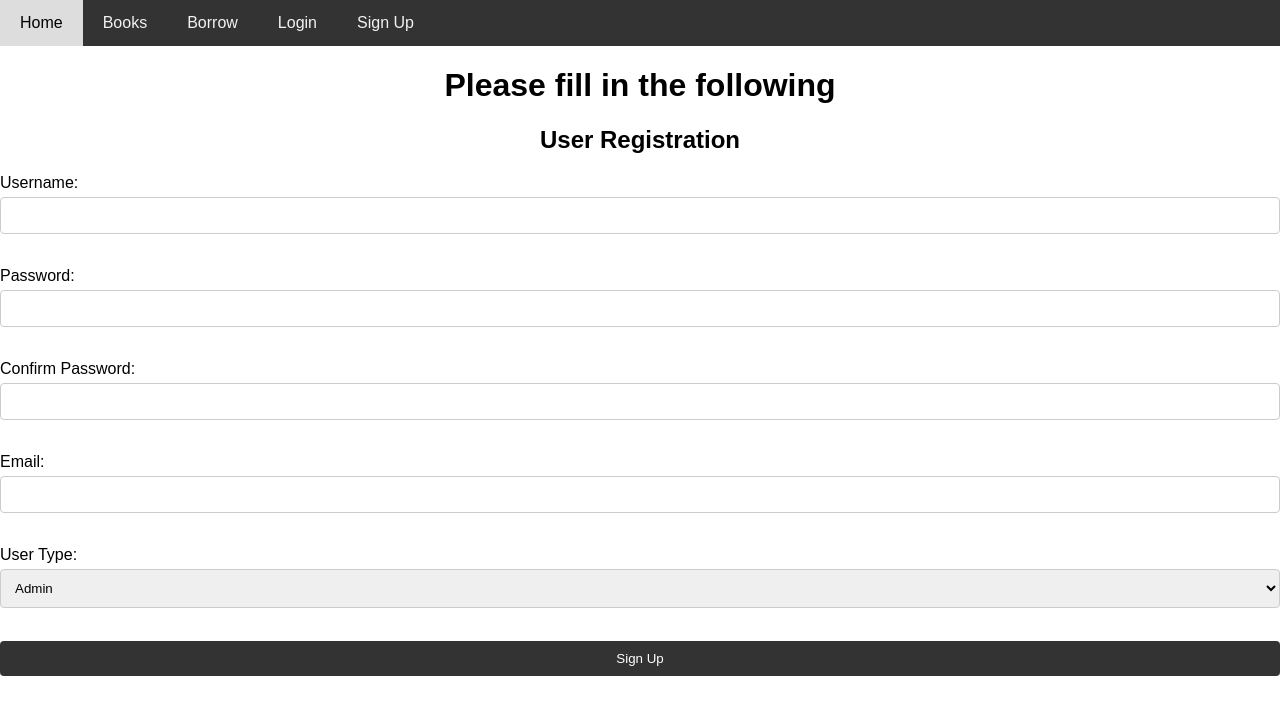
Repository: fadyesk12/Web-Technology-Course-Project
Page: auth/signup.html
These files come from the project's save history. The page is drawn as it stood at one moment and after the next save; the edit follows.
The browser window is 1280 px wide. The pictures show the whole page.

Above is the page before, as saved 2024-04-19 02:15:47.

After the next save:
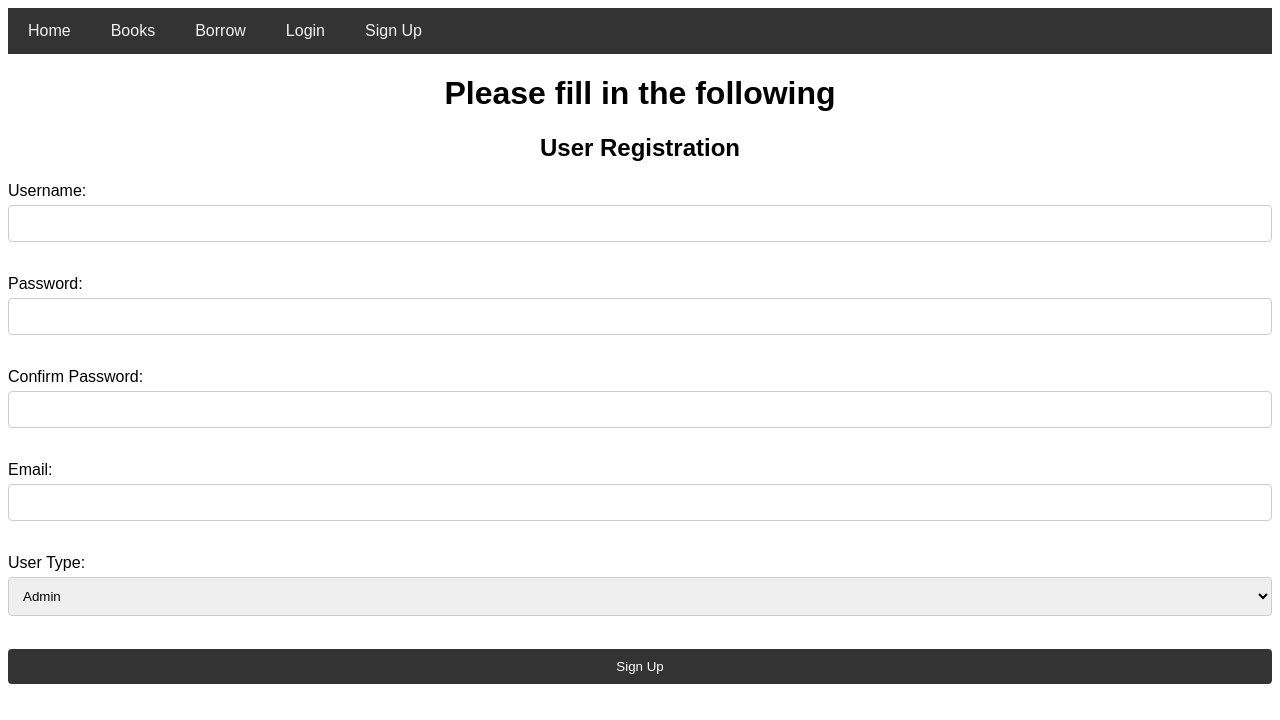
Saved 16 s later.
--- a/Styling/signup.css
+++ b/Styling/signup.css
@@ -19,8 +19,6 @@
 
   body {
     font-family: Arial, sans-serif;
-    margin: 0;
-    padding: 0;
   }
 
   .container {
